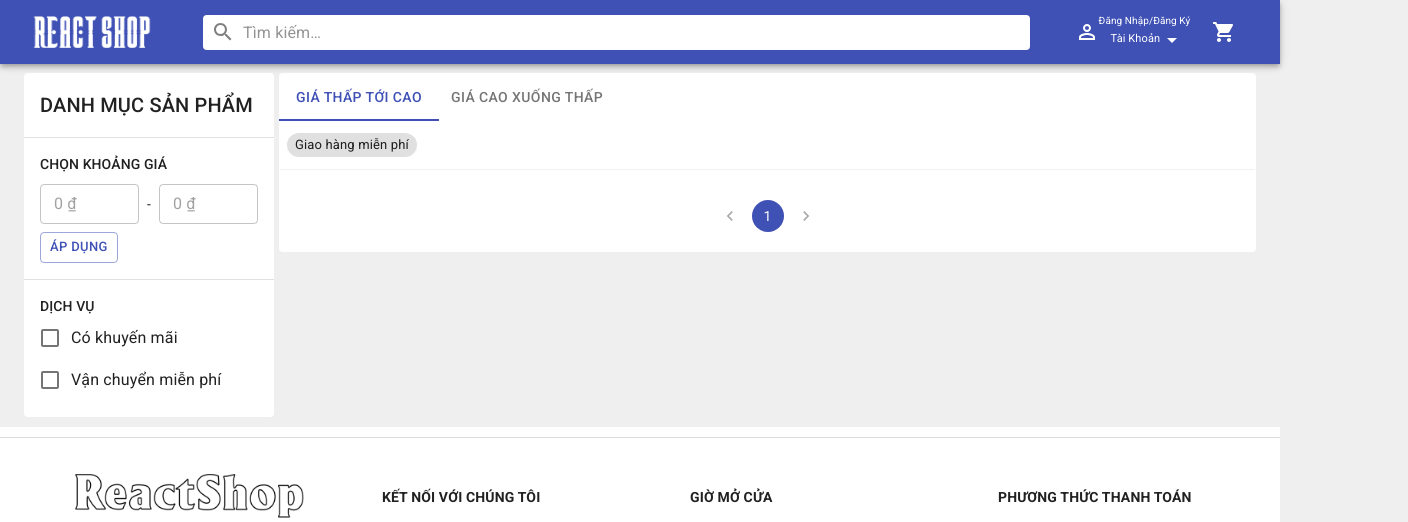
Repository: tvsinh/learn-react
Page: /
These files come from the project's save history. The page is drawn as it stood at one moment and after the next save; the edit follows.
The browser window is 1280 px wide. The page is 1408 px wide, so the pictures cover 1408 px, including what lies to the right of the window. The pictures show the part of the page from y = 0 to 522 px (the page is 2419 px tall before and 2415 px after).
Pictures or frames that could not be fetched are drawn as grey boxes. The page's requests for data from a server got no answer. The project was rebuilt for these pictures with package versions that can differ from the ones it lists, and the page was loaded fresh each time. No one was signed in, and anything a server would have sent is missing. Also part of the build but not shown: src/components/form-controls/InputField/index.jsx, src/features/Todo/components/TodoForm/index.jsx, src/components/form-controls/PasswordField/index.jsx, src/features/Auth/components/LoginForm/index.jsx, src/features/Auth/components/Login/index.jsx, src/features/Auth/components/RegisterForm/index.jsx, src/features/Auth/components/Register/index.jsx, src/features/Cart/components/MiniSuccessCart.jsx and 48 more.

Above is the page before, as saved 2021-08-12 11:38:32.

### public/index.html
<!DOCTYPE html>
<html lang="en">
  <head>
    <meta charset="utf-8" />
    <link rel="icon" href="%PUBLIC_URL%/shop.ico" />
    <meta name="viewport" content="width=device-width, initial-scale=1" />
    <meta name="theme-color" content="#000000" />
    <meta
      name="description"
      content="Web site created using create-react-app"
    />
    <link rel="apple-touch-icon" href="%PUBLIC_URL%/store.png" />
    <!--
      manifest.json provides metadata used when your web app is installed on a
      user's mobile device or desktop. See https://developers.google.com/web/fundamentals/web-app-manifest/
    -->
    <link rel="manifest" href="%PUBLIC_URL%/manifest.json" />
    <!--
      Notice the use of %PUBLIC_URL% in the tags above.
      It will be replaced with the URL of the `public` folder during the build.
      Only files inside the `public` folder can be referenced from the HTML.

      Unlike "/favicon.ico" or "favicon.ico", "%PUBLIC_URL%/favicon.ico" will
      work correctly both with client-side routing and a non-root public URL.
      Learn how to configure a non-root public URL by running `npm run build`.
    -->
    <link rel="stylesheet" href="https://fonts.googleapis.com/css?family=Roboto:300,400,500,700&display=swap" />
    <title>React Shop</title>
  </head>
  <body>
    <noscript>You need to enable JavaScript to run this app.</noscript>
    <div id="root"></div>
    <!--
      This HTML file is a template.
      If you open it directly in the browser, you will see an empty page.

      You can add webfonts, meta tags, or analytics to this file.
      The build step will place the bundled scripts into the <body> tag.

      To begin the development, run `npm start` or `yarn start`.
      To create a production bundle, use `npm run build` or `yarn build`.
    -->
  </body>
</html>

### src/index.css
html {
  background-color: rgb(239, 239, 239);
}

body {
  margin: 0;
  font-family: -apple-system, BlinkMacSystemFont, 'Segoe UI', 'Roboto', 'Oxygen',
    'Ubuntu', 'Cantarell', 'Fira Sans', 'Droid Sans', 'Helvetica Neue',
    sans-serif;
  -webkit-font-smoothing: antialiased;
  -moz-osx-font-smoothing: grayscale;
}

code {
  font-family: source-code-pro, Menlo, Monaco, Consolas, 'Courier New',
    monospace;
}

### src/features/Product/index.jsx
import { Box } from '@material-ui/core';
import React from 'react';
import { Route, Switch, useRouteMatch } from 'react-router-dom';
import DetailPage from './pages/DetailPage';
import ListPage from './pages/ListPage';

function ProductFeature(props) {
  const match = useRouteMatch();

  return (
    <Box>
      <Switch>
        <Route path={match.url} exact component={ListPage} />
        <Route path={`${match.url}/:productId`} component={DetailPage} />
      </Switch>
    </Box>
  );
}

export default ProductFeature;

### src/features/Product/components/FilterViewer.jsx
import React, { useMemo } from 'react';
import PropTypes from 'prop-types';
import { Box, Chip, makeStyles } from '@material-ui/core';
import { formatPrice } from 'utils';

const useStyles = makeStyles((theme) => ({
  root: {
    display: 'flex',
    flexFlow: 'row wrap',
    alignItems: 'center',

    padding: 0,
    margin: theme.spacing(1.5, 0),
    listStyleType: 'none',
    [theme.breakpoints.down('md')]: {
      margin: theme.spacing(1, 0),
    },
    '& > li': {
      margin: 0,
      padding: theme.spacing(0, 1),
      [theme.breakpoints.down('md')]: {
        padding: theme.spacing(0.2, 0.5),
        fontSize: '12px',
      },
    },
  },
}));

const FILTER_LIST = [
  {
    id: 1,
    getLabel: () => 'Giao hàng miễn phí',
    isActive: (filters) => filters.isFreeShip === 'true',
    isVisible: () => true,
    isRemovable: false,
    onRemove: () => {},
    onToggle: (filters) => {
      const newFilters = { ...filters };
      if (newFilters.isFreeShip) {
        delete newFilters.isFreeShip;
      } else {
        newFilters.isFreeShip = true;
      }

      return newFilters;
    },
  },
  {
    id: 2,
    getLabel: () => 'Có khuyến mãi',
    isActive: () => true,
    isVisible: (filters) => filters.isPromotion === 'true',
    isRemovable: true,
    onRemove: (filters) => {
      const newFilters = { ...filters };
      delete newFilters.isPromotion;
      return newFilters;
    },
    onToggle: () => {},
  },
  {
    id: 3,
    getLabel: (filters) =>
      `Từ ${formatPrice(filters.salePrice_gte)} đến ${formatPrice(filters.salePrice_lte)}`,
    // `Từ ${filters.salePrice_gte}₫ đến ${filters.salePrice_lte}₫`,
    isActive: () => true,
    isVisible: (filters) =>
      Object.keys(filters).includes('salePrice_lte') &&
      Object.keys(filters).includes('salePrice_gte'),
    isRemovable: true,
    onRemove: (filters) => {
      const newFilters = { ...filters };
      delete newFilters.salePrice_lte;
      delete newFilters.salePrice_gte;
      return newFilters;
    },
    onToggle: () => {},
  },
  {
    id: 4,
    // getLabel: (filters) => `Danh mục: ${filters['category.name']}`,
    getLabel: (filters) => filters['category.name'],
    isActive: () => true,
    isVisible: (filters) => filters['category.name'],
    isRemovable: true,
    onRemove: (filters) => {
      const newFilters = { ...filters };
      delete newFilters['category.name'];
      return newFilters;
    },
    onToggle: (filters) => {},
  },
];

FilterViewer.propTypes = {
  filters: PropTypes.object,
  onChange: PropTypes.func,
};

function FilterViewer({ filters = {}, onChange = null }) {
  const classes = useStyles();

  const visibleFilters = useMemo(() => {
    return FILTER_LIST.filter((x) => x.isVisible(filters));
  }, [filters]);

  return (
    <Box component="ul" className={classes.root}>
      {visibleFilters.map((x) => (
        <li key={x.id}>
          <Chip
            label={x.getLabel(filters)}
            color={x.isActive(filters) ? 'primary' : 'default'}
            clickable={!x.isRemovable}
            size="small"
            onClick={
              x.isRemovable
                ? null
                : () => {
                    if (!onChange) return;

                    const newFilters = x.onToggle(filters);
                    onChange(newFilters);
                  }
            }
            onDelete={
              x.isRemovable
                ? () => {
                    if (!onChange) return;

                    const newFilters = x.onRemove(filters);
                    onChange(newFilters);
                  }
                : null
            }
          />
        </li>
      ))}
    </Box>
  );
}

export default FilterViewer;

### src/features/Product/components/ProductFilters.jsx
import { Box, Button } from '@material-ui/core';
import { makeStyles } from '@material-ui/core/styles';
import { Close } from '@material-ui/icons';
import PropTypes from 'prop-types';
import React from 'react';
import FilterByCategory from './Filters/FilterByCategory';
import FilterByPrice from './Filters/FilterByPrice';
import FilterByService from './Filters/FilterByService';

ProductFilters.propTypes = {
  // filters: PropTypes.object.isRequired,
  filters: PropTypes.object,
  onChange: PropTypes.func,
  onClick: PropTypes.func,
};
const useStyles = makeStyles((theme) => ({
  rootMobile: {
    position: 'relative',
  },
  iconRight: {
    [theme.breakpoints.down('md')]: {
      right: '0',
      position: 'fixed',
      margin: '10px 10px 0 0',
    },
  },
  button: {
    position: 'fixed',
    padding: '11px',
    bottom: '0',
    width: '80%',
    backgroundColor: '#fff',
    borderTop: '1px solid rgba(0,0,0,0.1)',
  },
  sectionDesktop: {
    display: 'none',
    [theme.breakpoints.up('md')]: {
      display: 'block',
    },
  },
  sectionMobile: {
    position: 'fixed',
    backgroundColor: 'white',
    right: '0',
    zIndex: '100',
    transition: '500ms',
    paddingBottom: '110px',
    width: '80%',
    height: '100%',
    overflowY: 'scroll',
    [theme.breakpoints.up('md')]: {
      display: 'none',
    },
  },
}));
function ProductFilters({ filters, onChange = {}, onClick = {} }) {
  const classes = useStyles();
  const handleCategoryChange = (newCategoryName) => {
    if (!onChange) return;

    const newFilters = {
      'category.name': newCategoryName,
      _page: 1, // Reset page to first
      // 'category.searchTerm': null,
    };
    onChange(newFilters);
  };

  const handeChange = (values) => {
    console.log(values);
    if (onChange) onChange(values);
  };

  const handleClose = () => {
    onClick(false);
  };

  return (
    <>
      <Box className={classes.sectionDesktop}>
        <FilterByCategory onChange={handleCategoryChange} />
        <FilterByPrice onChange={handeChange} />
        <FilterByService filters={filters} onChange={handeChange} />
      </Box>

      <Box className={classes.rootMobile}>
        <Box className={classes.sectionMobile}>
          <Close onClick={handleClose} className={classes.iconRight} />
          <FilterByCategory onChange={handleCategoryChange} />
          <FilterByPrice onChange={handeChange} />
          <FilterByService filters={filters} onChange={handeChange} />

          <Box className={classes.button}>
            <Button onClick={handleClose} variant="contained" color="primary" fullWidth>
              Xong
            </Button>
          </Box>
        </Box>
      </Box>
    </>
  );
}

export default ProductFilters;

### src/features/Product/components/ProductList.jsx
import { Box, Grid } from '@material-ui/core';
import PropTypes from 'prop-types';
import React from 'react';
import Product from './Product';

ProductList.propTypes = {
  data: PropTypes.array,
};

ProductList.defaultProps = {
  data: [],
};

function ProductList({ data }) {
  return (
    <Box
      style={{
        borderLeft: 'solid 1px #FFF',
        borderRight: 'solid 1px #FFF',
      }}
    >
      <Grid
        container
        style={{
          borderTop: 'solid 1px #f1f1f1',
          borderLeft: 'solid 1px #f1f1f1',
        }}
      >
        {data.map((product) => (
          <Grid item key={product.id} xs={6} sm={6} md={4} lg={3}>
            <Product product={product} />
          </Grid>
        ))}
      </Grid>
    </Box>
  );
}

export default ProductList;

### src/features/Product/components/ProductSkeletonList.jsx
import React from 'react';
import PropTypes from 'prop-types';
import { Box, Grid } from '@material-ui/core';
import { Skeleton } from '@material-ui/lab';
import { makeStyles } from '@material-ui/core/styles';

ProductSkeletonList.propTypes = {
  length: PropTypes.number,
};
const useStyles = makeStyles((theme) => ({
  box: {
    padding: theme.spacing(0.5),
  },
  boxImg: {
    position: 'relative',
    width: '100%',
    paddingTop: '100%',
    marginBottom: '5px',
  },
  productImg: {
    position: 'absolute',
    top: '0',
    left: '0',
    bottom: '0',
    right: '0',
    width: '100%',
    height: '100%',
    padding: '8px',
  },
  boxText: {
    height: '80px',
  },
  boxName: {
    height: '40px',
    marginBottom: '5px',
  },
  boxPrice: {},
  textName: {
    height: '22px',
    lineHeight: '1.43',
  },
  text: {
    height: '21px',
  },
}));

function ProductSkeletonList({ length = 6 }) {
  const classes = useStyles();
  return (
    <Box>
      <Grid container>
        {Array.from(new Array(length)).map((x, index) => (
          <Grid item key={index} xs={6} sm={6} md={4} lg={3}>
            <Box padding={1}>
              <Box className={classes.box}>
                <Box className={classes.boxImg}>
                  <Skeleton variant="rect" className={classes.productImg} />
                </Box>
              </Box>
              <Box className={classes.boxText}>
                <Box className={classes.boxName}>
                  <Skeleton className={classes.textName} />
                  <Skeleton width="96%" className={classes.textName} />
                </Box>
                <Box className={classes.boxPrice}>
                  <Skeleton width="55%" className={classes.text} />
                </Box>
              </Box>
            </Box>
          </Grid>
        ))}
      </Grid>
    </Box>
  );
}

export default ProductSkeletonList;

### src/features/Product/components/ProductSort.jsx
import React from 'react';
import PropTypes from 'prop-types';
import { Tab, Tabs } from '@material-ui/core';
import { makeStyles } from '@material-ui/core/styles';

ProductSort.propTypes = {
  currentSort: PropTypes.string.isRequired,
  onChange: PropTypes.func,
};

const useStyles = makeStyles((theme) => ({
  root: {
    [theme.breakpoints.down('md')]: {
      minHeight: '35px',
      padding: theme.spacing(0),
      margin: theme.spacing(0),
    },
  },
  sort: {
    [theme.breakpoints.down('md')]: {
      minHeight: '35px',
      padding: theme.spacing(0, 1),
      fontSize: '12.9px',
    },
    [theme.breakpoints.between('sm', 'md')]: {
      marginTop: theme.spacing(1),
    },
  },
}));
function ProductSort({ currentSort, onChange }) {
  const classes = useStyles();

  const handleSortChange = (event, newValue) => {
    if (onChange) onChange(newValue);
  };

  return (
    <Tabs
      value={currentSort}
      indicatorColor="primary"
      textColor="primary"
      onChange={handleSortChange}
      aria-label="disabled tabs example"
      className={classes.root}
    >
      <Tab label="Giá thấp tới cao" value="salePrice:ASC" className={classes.sort}></Tab>
      <Tab label="Giá cao xuống thấp" value="salePrice:DESC" className={classes.sort}></Tab>
    </Tabs>
  );
}

export default ProductSort;

### src/components/BackToTop/index.jsx
import { Zoom } from '@material-ui/core';
import CssBaseline from '@material-ui/core/CssBaseline';
import Fab from '@material-ui/core/Fab';
import { makeStyles } from '@material-ui/core/styles';
import useScrollTrigger from '@material-ui/core/useScrollTrigger';
import KeyboardArrowUpIcon from '@material-ui/icons/KeyboardArrowUp';
import PropTypes from 'prop-types';
import React from 'react';
// import Zoom from '@material-ui/core/Zoom';

const useStyles = makeStyles((theme) => ({
  '@global': {
    '@keyframes scrollTop': {
      from: {
        transform: 'translateY(1px)',
      },
      to: {
        transform: 'translateY(-1px)',
      },
    },
  },
  root: {
    zIndex: '1',
    position: 'fixed',
    bottom: theme.spacing(2),
    right: theme.spacing(1),
  },
  iconUp: {
    // '-webkit-animation': 'scrollTop .5s ease alternate infinite',
    animation: '$scrollTop .5s ease alternate infinite',
  },
}));

function ScrollTop(props) {
  const { children } = props;
  const classes = useStyles();

  const trigger = useScrollTrigger({
    disableHysteresis: true,
    threshold: 300,
  });

  const handleClick = (event) => {
    // const anchor = (event.target.ownerDocument || document).querySelector('#back-to-top-anchor');
    // if (anchor) {
    //   anchor.scrollIntoView({ behavior: 'smooth', block: 'center' });
    // }
    window.scrollTo({ top: 0, behavior: `smooth` });
  };

  // if (trigger) {
  //   return (
  //     <div onClick={handleClick} role="presentation" className={classes.root}>
  //       {children}
  //     </div>
  //   );
  // } else {
  //   return null;
  // }

  return (
    <Zoom
      in={trigger}
      timeout={{
        appear: 700,
        enter: 700,
        exit: 700,
      }}
    >
      <div onClick={handleClick} role="presentation" className={classes.root}>
        {children}
      </div>
    </Zoom>
  );
}
ScrollTop.propTypes = {
  children: PropTypes.element.isRequired,
};
export default function BackToTop(props) {
  const classes = useStyles();
  return (
    <React.Fragment>
      <CssBaseline />
      <ScrollTop {...props}>
        <Fab color="primary" size="small" aria-label="scroll back to top">
          <KeyboardArrowUpIcon className={classes.iconUp} />
        </Fab>
      </ScrollTop>
    </React.Fragment>
  );
}

### src/features/SearchInput/index.jsx
import InputBase from '@material-ui/core/InputBase';
import { fade, makeStyles } from '@material-ui/core/styles';
import SearchIcon from '@material-ui/icons/Search';
import { PropTypes } from 'prop-types';
import queryString from 'query-string';
import React, { useEffect, useRef, useState } from 'react';
import { useLocation } from 'react-router';
import { useSelector } from 'react-redux';

const useStyles = makeStyles((theme) => ({
  root: {
    margin: theme.spacing(0, 2),
  },

  search: {
    width: '100%',
    position: 'relative',
    borderRadius: theme.shape.borderRadius,
    backgroundColor: fade(theme.palette.common.white, 1),
    '&:hover': {
      backgroundColor: fade(theme.palette.common.white, 1),
    },

    [theme.breakpoints.up('md')]: {
      width: '68%',
      marginLeft: theme.spacing(2),
    },
  },

  searchIcon: {
    color: fade(theme.palette.common.black, 0.5),
    padding: theme.spacing(0, 1),
    height: '100%',
    position: 'absolute',
    pointerEvents: 'none',
    display: 'flex',
    alignItems: 'center',
    justifyContent: 'center',
  },
  inputRoot: {
    color: fade(theme.palette.common.black, 1),
  },
  inputInput: {
    padding: theme.spacing(1, 1, 1, 1),
    // vertical padding + font size from searchIcon
    paddingLeft: `calc(1em + ${theme.spacing(3)}px)`,
    width: '90ch',
    [theme.breakpoints.down('md')]: {
      width: '100%',
      padding: theme.spacing(1, 1, 1, 5),
    },
  },
  sectionDesktop: {
    display: 'none',
    [theme.breakpoints.up('md')]: {
      display: 'flex',
    },
  },
  sectionMobile: {
    display: 'flex',
    [theme.breakpoints.up('md')]: {
      display: 'none',
    },
  },
}));

SearchInput.propTypes = {
  onSubmit: PropTypes.func,
};

function SearchInput({ onSubmit = {} }) {
  const classes = useStyles();
  const location = useLocation();
  const autoFocus = useSelector((state) => state.cart.focusSearch);
  const [searchTerm, setSearchTerm] = useState('');
  const typingTimeoutRef = useRef(null);

  useEffect(() => {
    const params = queryString.parse(location.search);
    if (params['_q']) {
      const valueSearch = params['_q'];
      setSearchTerm(valueSearch);
    } else {
      setSearchTerm('');
    }
  }, [location.search]);

  const handleSearchTermChange = (e) => {
    const value = e.target.value;
    setSearchTerm(value);

    if (!onSubmit) return;
    if (typingTimeoutRef.current) {
      clearTimeout(typingTimeoutRef.current);
    }
    typingTimeoutRef.current = setTimeout(() => {
      if (value.length > 0) {
        onSubmit(value);
      } else {
        return null;
      }
    }, 500);
  };
  const handleOnkeyUp = (e) => {
    // if (e.keyCode === 13) {
    //   console.log(e.keycode);
    //   if (!onSubmit) return;
    //   let value = e.target.value;
    //   value = value.trim();
    //   if (value.length > 0) {
    //     onSubmit(value);
    //   } else {
    //     return null;
    //   }
    // }
  };

  return (
    <div className={classes.search}>
      <div className={classes.searchIcon}>
        <SearchIcon />
      </div>
      <InputBase
        placeholder="Tìm kiếm…"
        classes={{
          root: classes.inputRoot,
          input: classes.inputInput,
        }}
        inputProps={{ 'aria-label': 'search' }}
        type="text"
        value={searchTerm}
        onChange={handleSearchTermChange}
        onKeyUp={handleOnkeyUp}
        autoFocus={autoFocus}
      ></InputBase>
    </div>
  );
}

export default SearchInput;

### src/features/Product/components/Filters/FilterByCategory.jsx
import { Box, makeStyles, Typography } from '@material-ui/core';
import categoryApi from 'api/categoryApi';
import PropTypes from 'prop-types';
import React, { useEffect, useState } from 'react';
import CategorySkeletonList from './../CategorySkeletonList';

const useStyles = makeStyles((theme) => ({
  root: {
    padding: theme.spacing(2),
  },

  menu: {
    padding: 0,
    margin: 0,
    listStyleType: 'none',

    '& > li': {
      marginTop: theme.spacing(1),
      transition: 'all .25s',

      '&:hover': {
        color: '#288ad6',
        cursor: 'pointer',
      },
    },
  },
  categoryName: {
    fontWeight: '400',
    fontSize: '15px',
  },
}));

FilterByCategory.propTypes = {
  onChange: PropTypes.func,
};

function FilterByCategory({ onChange }) {
  const [loading, setLoading] = useState(true);
  const [categoryList, setCategoryList] = useState([]);
  const classes = useStyles();

  useEffect(() => {
    (async () => {
      try {
        const list = await categoryApi.getAll();
        const cateList = await list.map((x) => ({
          id: x.id,
          name: x.name,
        }));
        setCategoryList(cateList);
      } catch (error) {
        console.log('Failed to fetch category list', error);
      }
      setLoading(false);
    })();
  }, []);

  const handleCategoryClick = (category) => {
    if (onChange) {
      onChange(category.name);
    }
  };

  return (
    <Box className={classes.root}>
      <Typography variant="h6">DANH MỤC SẢN PHẨM</Typography>
      {loading ? (
        <CategorySkeletonList />
      ) : (
        <ul className={classes.menu}>
          {categoryList.map((category) => (
            <li key={category.id} onClick={() => handleCategoryClick(category)}>
              <Typography variant="body2" className={classes.categoryName}>
                {category.name}
              </Typography>
            </li>
          ))}
        </ul>
      )}
    </Box>
  );
}

export default FilterByCategory;

### src/features/Product/components/Filters/FilterByService.jsx
import { Box, Checkbox, FormControlLabel, makeStyles, Typography } from '@material-ui/core';
import PropTypes from 'prop-types';
import React from 'react';

const useStyles = makeStyles((theme) => ({
  root: {
    padding: theme.spacing(2),
    borderTop: `1px solid ${theme.palette.grey[300]}`,
  },

  list: {
    padding: 0,
    margin: 0,
    listStyleType: 'none',

    '& > li': {
      margin: 0,
    },
  },
}));

FilterByService.propTypes = {
  filters: PropTypes.object,
  onChange: PropTypes.func,
};

function FilterByService({ filters = {}, onChange }) {
  const classes = useStyles();

  const handleChange = (e) => {
    if (!onChange) return;
    const { name, checked } = e.target;
    onChange({
      [name]: checked,
      _page: 1, // Reset page to first
    });
  };

  return (
    <Box className={classes.root}>
      <Typography variant="subtitle2">DỊCH VỤ</Typography>

      <ul className={classes.list}>
        {[
          { value: 'isPromotion', label: 'Có khuyến mãi' },
          { value: 'isFreeShip', label: 'Vận chuyển miễn phí' },
        ].map((service) => (
          <li key={service.value}>
            <FormControlLabel
              control={
                <Checkbox
                  // checked={Boolean(filters[service.value])}
                  checked={filters[service.value] === 'true'}
                  onChange={handleChange}
                  name={service.value}
                  color="primary"
                />
              }
              label={service.label}
            />
          </li>
        ))}
      </ul>
    </Box>
  );
}

export default FilterByService;

### src/features/Product/components/CategorySkeletonList.jsx
import React from 'react';
import PropTypes from 'prop-types';
import { Box, Grid, makeStyles } from '@material-ui/core';
import { Skeleton } from '@material-ui/lab';

CategorySkeletonList.propTypes = {
  length: PropTypes.number,
};

const useStyles = makeStyles((theme) => ({
  root: {
    display: 'flex',
    flexDirection: 'column',
  },
  skeleton: {
    margin: theme.spacing(0.5, 0),
  },
}));

function CategorySkeletonList({ length = 6 }) {
  const classes = useStyles();
  return (
    <Box>
      <Grid container className={classes.root}>
        {Array.from(new Array(length)).map((x, index) => (
          <Skeleton key={index} variant="text" width={100} className={classes.skeleton} />
        ))}
      </Grid>
    </Box>
  );
}

export default CategorySkeletonList;

Loaded but not shown: src/reportWebVitals.js (common file); src/App.css (common file); src/utils/index.js (common file); src/features/Cart/cartSlice.js (54 lines, source omitted); src/features/Auth/userSlice.js (61 lines, source omitted); src/features/CheckOut/orderSlice.js (57 lines, source omitted); src/api/axiosClient.js (46 lines, source omitted); src/App.js (36 lines, source omitted); src/api/productApi.js (49 lines, source omitted); src/index.js (31 lines, source omitted); src/api/userApi.js (33 lines, source omitted); src/features/Cart/selectors.js (17 lines, source omitted); src/api/categoryApi.js (28 lines, source omitted); src/app/store.js (16 lines, source omitted); src/constants/storage-keys.js (8 lines, source omitted); src/utils/common.js (3 lines, source omitted); src/components/Header/index.jsx (501 lines, source omitted); src/features/Product/pages/ListPage.jsx (305 lines, source omitted); src/features/Product/components/Filters/FilterByPrice.jsx (177 lines, source omitted); src/components/Footer/index.jsx (154 lines, source omitted)

After the next save:
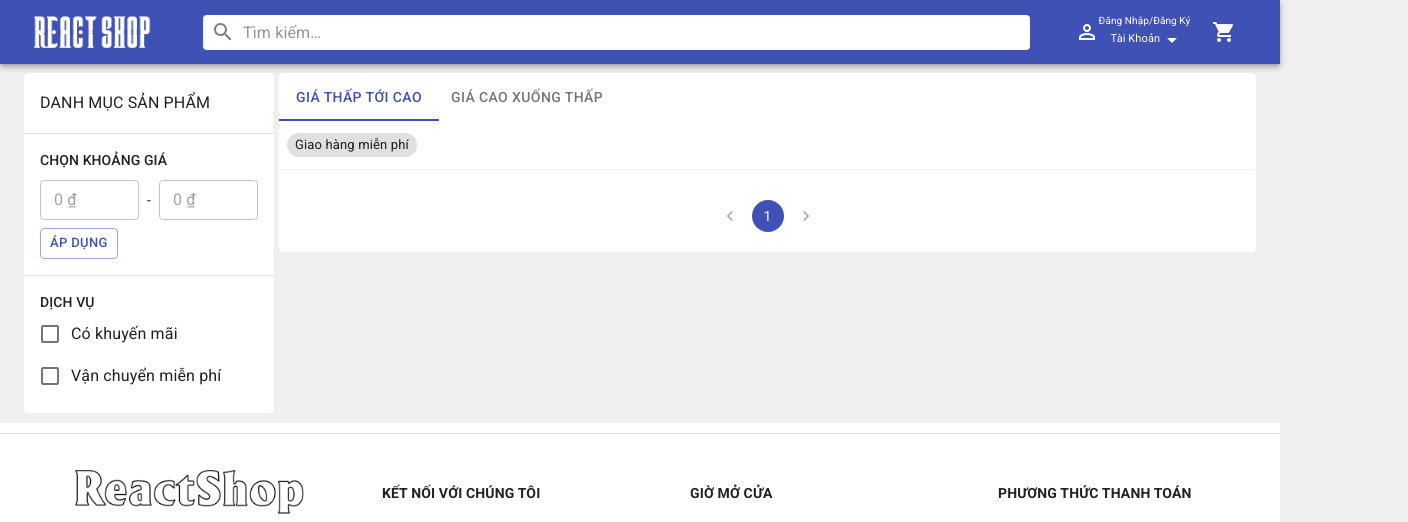
Saved 17 s later.
--- a/src/features/Product/components/Filters/FilterByCategory.jsx
+++ b/src/features/Product/components/Filters/FilterByCategory.jsx
@@ -63,7 +63,7 @@ function FilterByCategory({ onChange }) {
 
   return (
     <Box className={classes.root}>
-      <Typography variant="h6">DANH MỤC SẢN PHẨM</Typography>
+      <Typography variant="subtitle1">DANH MỤC SẢN PHẨM</Typography>
       {loading ? (
         <CategorySkeletonList />
       ) : (
